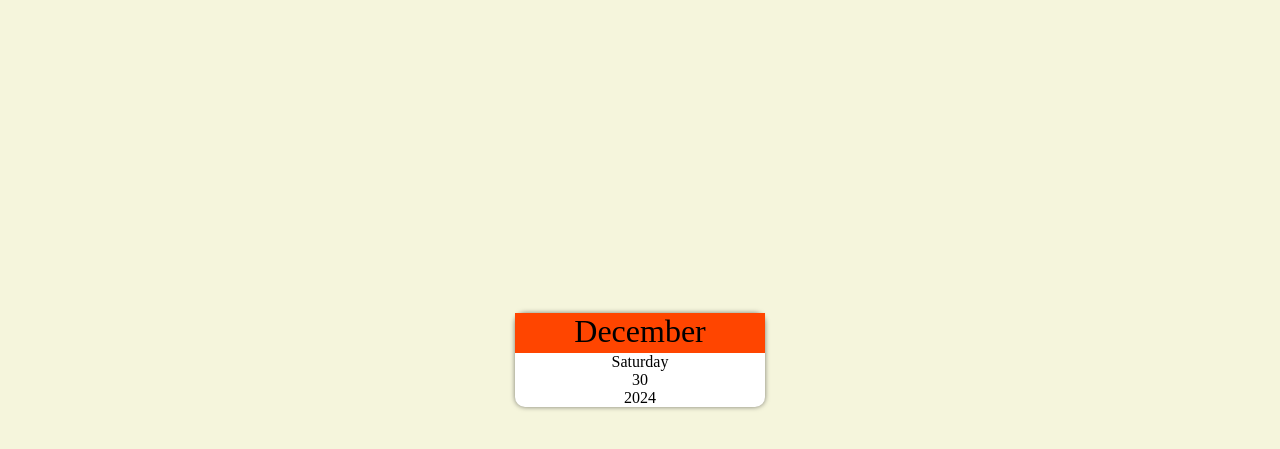
Repository: JunaidAnsari202/Mini-Calender
Page: index.html
An editor plug-in stored every save of this project. The page is shown before and after a run of saves, followed by the edit.
The browser window is 1280 px wide. The pictures show the whole page.

Above is the page before, as saved 2024-11-10 11:45:55.

### index.html
<!DOCTYPE html>
<html lang="en">
<head>
    <meta charset="UTF-8">
    <meta name="viewport" content="width=device-width, initial-scale=1.0">
    <title>Mini Calender</title>
    <link rel="stylesheet" href="style.css">
</head>
<body>
   <div class="container">
    <div class="month">December</div>
    <div class="weekday">Saturday</div>
    <div class="day">30</div>
    <div class="year">2024</div>

</div>

    <script src="script.js"></script>
</body>
</html>

### style.css
*{
    margin: 0;
    padding: 0;
    box-sizing: border-box;
}

body{
    background-color: beige;
    display: flex;
    justify-content: center;
    align-items: center;
    height: 100vh;
}

.container{
    width: 250px;
    background-color: white;
    border-radius: 10px;
    box-shadow: 0 0 5px 0 rgba(0,0,0,0.5);
    text-align: center;
    border: none;
}

.month{
    background-color: orangered;
    height: 40px;
    font-size: 2rem;
    fo

}

Loaded but not shown: script.js (no copy from this time; the picture is the same without it)

After the next 4 saves:
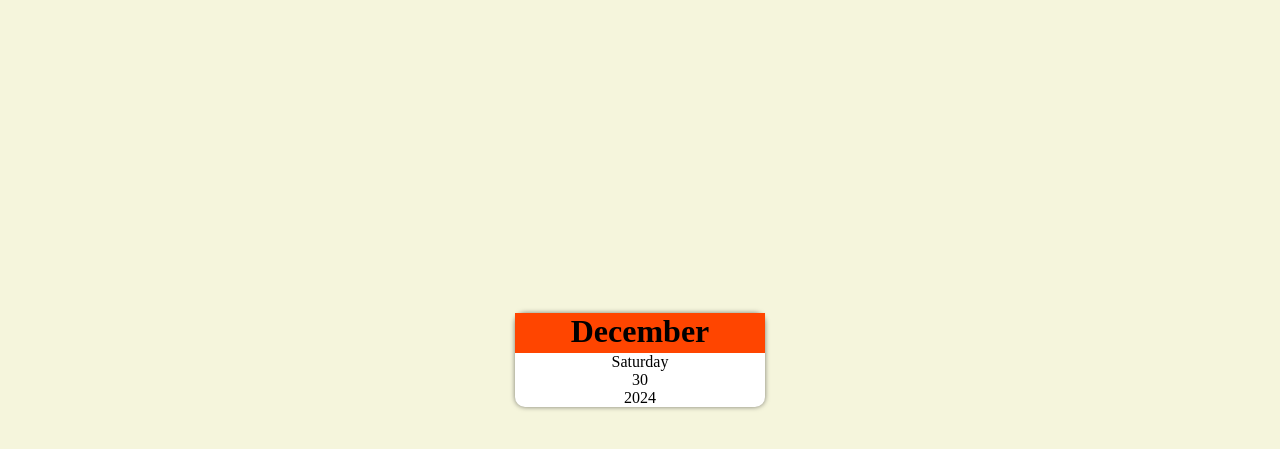
The 4 saves are shown as one change because they came seconds apart.
The last was saved 7 s later.
--- a/style.css
+++ b/style.css
@@ -25,6 +25,6 @@
     background-color: orangered;
     height: 40px;
     font-size: 2rem;
-    fo
+    font-weight: bold;
 
 }
